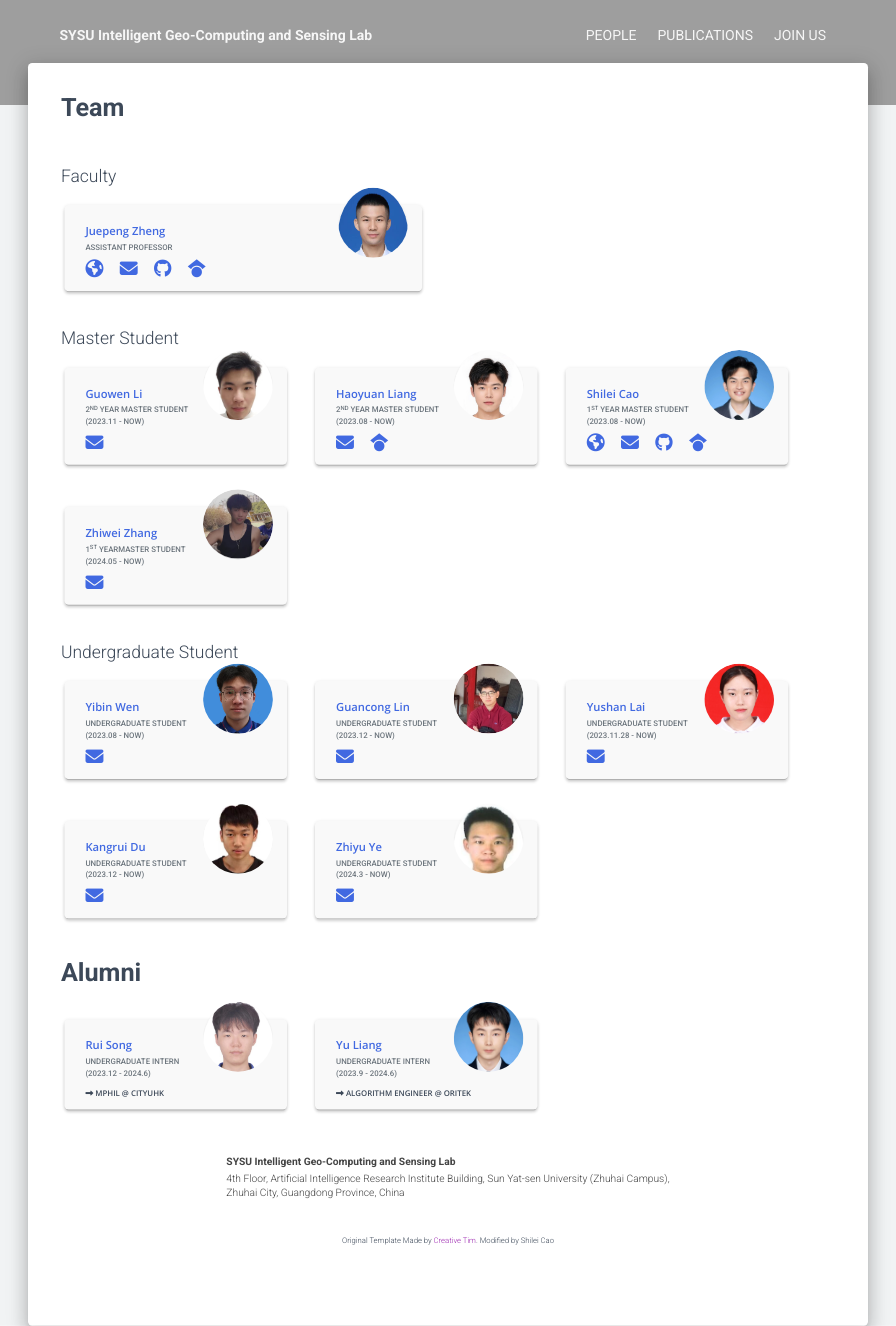
Repository: rssysu/rssysu.github.io
Page: people.html
An editor plug-in stored every save of this project. The page is shown before and after the next save, followed by the edit.
The browser window is 1280 px wide. The pictures show the whole page, at 70% of full size.
Pictures or frames that could not be fetched are drawn as grey boxes. Some web libraries are served in a nearby version.

Above is the page before, as saved 2025-03-31 11:10:26.

### people.html
<!DOCTYPE html>
<html lang="en">

<head>
    <meta charset="utf-8">
    <meta content="width=device-width, initial-scale=1.0, maximum-scale=1.0, user-scalable=0" name="viewport" />
    <meta http-equiv="X-UA-Compatible" content="IE=edge,chrome=1" />
    <!-- Favicons -->
    <!-- <link rel="apple-touch-icon" href="./assets/img/kit/free/apple-icon.png"> -->
    <link rel="icon" href="./assets/img/kit/free/sysu.ico">
    <title>
        SYSU IGCS Lab
    </title>
    <!--     Fonts and icons     -->
    <link rel="stylesheet" type="text/css" target="_blank" href="https://fonts.googleapis.com/css?family=Open+Sans:+400,500,600,700|Roboto:300,400,500,700|Roboto+Slab:400,700|Material+Icons" />
    <link rel="stylesheet" href="https://maxcdn.bootstrapcdn.com/font-awesome/latest/css/font-awesome.min.css" />
    <link rel="stylesheet" href="./assets/css/material-kit.css?v=2.0.2">
    <script src="https://kit.fontawesome.com/516fc2d02f.js" crossorigin="anonymous"></script>
    <!-- Documentation extras -->
    <!-- CSS Just for demo purpose, don't include it in your project -->
    <!-- <link href="./assets/assets-for-demo/demo.css" rel="stylesheet" /> -->
    <!-- iframe removal -->
</head>

<body class="index-page">
    <nav class="navbar navbar-color-on-scroll navbar-transparent navbar-light fixed-top navbar-expand-lg " color-on-scroll="0" id="sectionsNav">
        <div w3-include-html="header.html" class="container"></div>
    </nav>

    <div class="page-header2 header-filter clear-filter" data-parallax="true" style="background-image: url('assets/img/sysu1.jpg'); background-position-y: -170px; background-position: top;">
        <div class="container">
            <div class="row">
                <div class="col-md-8 ml-auto mr-auto">
                    <div class="brand">
                    </div>
                </div>
            </div>
        </div>
    </div>


    <div class="main main-raised">
        <div class="container">
            <div class="title" style="margin-bottom: 0em;">
              <h2><b>Team</b></h2>
            </div>
            <br>
            <div class="title" style="margin-bottom: -1em;">
                <h3>Faculty</h3>
            </div>

            <div class="row">
                <div class="card" style="width: 45%;">
                  <div class="card-body">
                        <div class="author">
                            <div class="avatar">
                                <img src="./assets/img/kit/faces/zjp-1.jpg" class="img-raised rounded-circle img-fluid"/>
                            </div>
                        </div>
                        <h4 class="card-title"> <a href= "./assets/resume/zjp.html" target="_blank"> Juepeng Zheng </a> </h4>
                        <h6 class="card-subtitle mb-2 text-muted">Assistant Professor</h6>
                        <!-- </a> -->
                    <a href="https://hail-alloy-af4.notion.site/Juepeng-Zheng-d3b70a4b409145139c91e55813cc80fa" class="card-link" target="_blank"><i class="fa fa-globe fa-2x" aria-hidden="true"></i></a>
                    <a href="mailto:" class="card-link"><i class="fa fa-envelope fa-2x" aria-hidden="true"></i></a>
                    <a href="https://github.com/rs-dl" class="card-link" target="_blank"><i class="fa fa-github fa-2x" aria-hidden="true"></i></a>
                    <a href="https://scholar.google.com/citations?user=xrb-A3kAAAAJ&hl=zh-CN&oi=ao" class="card-link" target="_blank"><i class="fa-brands fa-google-scholar fa-2x" aria-hidden="true"></i></a>
                  </div>
                </div>

            </div>

            <div class="title" style="margin-bottom: -1em;">
                <h3>Master Student</h3>
            </div>

            <div class="row">

                <div class="card" style="width: 28%;">
                    <div class="card-body">
                            <div class="author">
                                <div class="avatar">
                                    <img src="./assets/img/kit/faces/lgw.jpg" class="img-raised rounded-circle img-fluid"/>
                                </div>
                            </div>
                            <h4 class="card-title"> <a href="./assets/resume/lgw.html" target="_blank"> Guowen Li  </a></h4>
                            <h6 class="card-subtitle mb-2 text-muted">2<sup>nd</sup> Year Master Student <br> (2023.11 - Now)</h6>

                            <a href="mailto:ligw8@mail2sysu.edu.cn" class="card-link"><i class="fa fa-envelope fa-2x" aria-hidden="true"></i></a>

                    </div>
                </div>

                <div class="card" style="width: 28%;">
                    <div class="card-body">
                            <div class="author">
                                <div class="avatar">
                                    <img src="./assets/img/kit/faces/lhy.jpg" class="img-raised rounded-circle img-fluid"/>
                                </div>
                            </div>
                            <h4 class="card-title"> <a href="./assets/resume/lhy.html" target="_blank">  Haoyuan Liang </a> </h4>
                            <h6 class="card-subtitle mb-2 text-muted">2<sup>nd</sup> Year Master Student <br> (2023.08 - Now) </h6>

                            <a href="mailto:lianghy68@mail2.sysu.edu.cn" class="card-link"><i class="fa fa-envelope fa-2x" aria-hidden="true"></i></a>
                            <a href="https://scholar.google.com/citations?hl=en&user=O40gNsQAAAAJ" class="card-link" target="_blank"><i class="fa-brands fa-google-scholar fa-2x" aria-hidden="true"></i></a>
                    </div>
                </div>

                <div class="card" style="width: 28%;">
                    <div class="card-body">
                          <div class="author">
                              <div class="avatar">
                                  <img src="./assets/img/kit/faces/csl.jpg" class="img-raised rounded-circle img-fluid"/>
                              </div>
                          </div>
                          <h4 class="card-title" > <a href="./assets/resume/csl.html" target="_blank">  Shilei Cao </a></h4>
                          <h6 class="card-subtitle mb-2 text-muted">1<sup>st</sup> Year Master Student <br> (2023.08 - Now) </h6>
                            <a href="https://shileicao.github.io/" class="card-link" target="_blank"><i class="fa fa-globe fa-2x" aria-hidden="true"></i></a>
                            <a href="mailto:caoshlei@mail2.sysu.edu.cn" class="card-link"><i class="fa fa-envelope fa-2x" aria-hidden="true"></i></a>
                            <a href="https://github.com/ShileiCao" class="card-link" target="_blank"><i class="fa fa-github fa-2x" aria-hidden="true"></i></a>
                            <a href="https://scholar.google.com/citations?user=-bCjtakAAAAJ&hl=en" class="card-link" target="_blank"><i class="fa-brands fa-google-scholar fa-2x" aria-hidden="true"></i></a>
                    </div>
                </div>

                <div class="card" style="width: 28%;">
                    <div class="card-body">
                            <div class="author">
                                <div class="avatar">
                                    <img src="./assets/img/kit/faces/zzw.jpg" class="img-raised rounded-circle img-fluid"/>
                                </div>
                            </div>
                            <h4 class="card-title"> <a href="./assets/resume/zzw.html" target="_blank">  Zhiwei Zhang </a> </h4>
                            <h6 class="card-subtitle mb-2 text-muted"> 1<sup>st</sup> YearMaster Student <br> (2024.05 - Now)</h6>
                            <a href="mailto:zhangzhw65@mail2.sysu.edu.cn" class="card-link"><i class="fa fa-envelope fa-2x" aria-hidden="true"></i></a>
                    </div>
                </div>

            </div>


            <div class="title" style="margin-bottom: -1em;">
                <h3>Undergraduate Student</h3>
            </div>

            <div class="row">


                <div class="card" style="width: 28%;">
                    <div class="card-body">
                          <div class="author">
                              <div class="avatar">
                                  <img src="./assets/img/kit/faces/wyb.jpg" class="img-raised rounded-circle img-fluid"/>
                              </div>
                          </div>
                          <h4 class="card-title"> <a href="./assets/resume/wyb.html" target="_blank"> Yibin Wen </a></h4>
                          <h6 class="card-subtitle mb-2 text-muted">Undergraduate Student  <br> (2023.08 - Now)</h6>

                            <a href="mailto:wenyb5@mail2.sysu.edu.cn" class="card-link"><i class="fa fa-envelope fa-2x" aria-hidden="true"></i></a>

                    </div>
                </div>

                <div class="card" style="width: 28%;">
                    <div class="card-body">
                          <div class="author">
                              <div class="avatar">
                                  <img src="./assets/img/kit/faces/lgc.jpg" class="img-raised rounded-circle img-fluid"/>
                              </div>
                          </div>
                          <h4 class="card-title"> <a href="./assets/resume/lgc.html" target="_blank">  Guancong Lin </a></h4>
                          <h6 class="card-subtitle mb-2 text-muted">Undergraduate Student <br> (2023.12 - Now)</h6>

                            <a href="mailto:lingc8@mail2.sysu.edu.cn" class="card-link"><i class="fa fa-envelope fa-2x" aria-hidden="true"></i></a>

                    </div>
                </div>

                <div class="card" style="width: 28%;">
                    <div class="card-body">
                          <div class="author">
                              <div class="avatar">
                                  <img src="./assets/img/kit/faces/lys.jpg" class="img-raised rounded-circle img-fluid"/>
                              </div>
                          </div>
                          <h4 class="card-title"> <a href="./assets/resume/lys.html" target="_blank"> Yushan Lai </a></h4>
                          <h6 class="card-subtitle mb-2 text-muted">Undergraduate Student <br> (2023.11.28 - Now)</h6>

                            <a href="mailto:laiysh6@mail2.sysu.edu.cn" class="card-link"><i class="fa fa-envelope fa-2x" aria-hidden="true"></i></a>

                    </div>
                </div>

                <div class="card" style="width: 28%;">
                    <div class="card-body">
                          <div class="author">
                              <div class="avatar">
                                  <img src="./assets/img/kit/faces/dkr.jpg" class="img-raised rounded-circle img-fluid"/>
                              </div>
                          </div>
                          <h4 class="card-title"> <a href="./assets/resume/dkr.html" target="_blank"> Kangrui Du </a></h4>
                          <h6 class="card-subtitle mb-2 text-muted">Undergraduate Student <br> (2023.12 - Now)</h6>

                            <a href="mailto:dukr6@mail2.sysu.edu.cn" class="card-link"><i class="fa fa-envelope fa-2x" aria-hidden="true"></i></a>

                    </div>
                </div>

                <div class="card" style="width: 28%;">
                    <div class="card-body">
                          <div class="author">
                              <div class="avatar">
                                  <img src="./assets/img/kit/faces/yzy.jpg" class="img-raised rounded-circle img-fluid"/>
                              </div>
                          </div>
                          <h4 class="card-title"> <a href="./assets/resume/yzy.html" target="_blank"> Zhiyu Ye </a></h4>
                          <h6 class="card-subtitle mb-2 text-muted">Undergraduate Student <br> (2024.3 - Now)</h6>
                          <a href="mailto:yezhy26@mail2.sysu.edu.cn" class="card-link"><i class="fa fa-envelope fa-2x" aria-hidden="true"></i></a>

                    </div>
                </div>

            </div>



            <div class="title" style="margin-bottom: 0em;">
              <h2><b>Alumni</b></h2>
            </div>
            <div class="row">

            <div class="card" style="width: 28%;">
                <div class="card-body">
                      <div class="author">
                          <div class="avatar">
                              <img src="./assets/img/kit/faces/sr.jpg" class="img-raised rounded-circle img-fluid"/>
                          </div>
                      </div>
                      <h4 class="card-title"> <a href="./assets/resume/sr.html" target="_blank"> Rui Song </a> </h4>
                      <h6 class="card-subtitle mb-2 text-muted">Undergraduate Intern (2023.12 - 2024.6) </h6>
                      <h6 class="card-title"> <i class="fa fa-long-arrow-right" aria-hidden="true"></i> MPhil @ CityUHK  </h6>
                        <!-- <a href="mailto:1223324036@qq.com" class="card-link"><i class="fa fa-envelope fa-2x" aria-hidden="true"></i></a>        -->

                </div>
            </div>

            <div class="card" style="width: 28%;">
                <div class="card-body">
                      <div class="author">
                          <div class="avatar">
                              <img src="./assets/img/kit/faces/ly.jpg" class="img-raised rounded-circle img-fluid"/>
                          </div>
                      </div>
                      <h4 class="card-title"> <a href="./assets/resume/ly.html" target="_blank">  Yu Liang </a> </h4>
                      <h6 class="card-subtitle mb-2 text-muted">Undergraduate Intern (2023.9 - 2024.6) </h6>
                      <h6 class="card-title"> <i class="fa fa-long-arrow-right" aria-hidden="true"></i> Algorithm Engineer @ Oritek </h6>
                        <!-- <a href="mailto:liangy283@mail2.sysu.edu.cn" class="card-link"><i class="fa fa-envelope fa-2x" aria-hidden="true"></i></a>        -->

                </div>
            </div>

        </div>
    <!--     <div>

                <h4 class="card-title" style="margin-bottom: -0.5em;">Hyunseo Koh<font size="3em"> <font color="gray">(GIST MS, 2023)</font> <i class="fa fa-long-arrow-right" aria-hidden="true"></i> TBD</font></h4>
                <h4 class="card-title" style="margin-bottom: -0.5em;">Jihun Kim<font size="3em"> <font color="gray">(GIST MS, 2023)</font> <i class="fa fa-long-arrow-right" aria-hidden="true"></i> Minds and company (Mil. Oblig.)</font></h4>
                <h4 class="card-title" style="margin-bottom: -0.5em;">Dahyun Kim<font size="3em"> <font color="gray">(GIST MS, 2022)</font> <i class="fa fa-long-arrow-right" aria-hidden="true"></i> Upstage (Mil. Oblig.)</font></h4>
                <h4 class="card-title" style="margin-bottom: -0.5em;">YeongWoo Nam<font size="3em"> <font color="gray">(GIST MS, 2022)</font> <i class="fa fa-long-arrow-right" aria-hidden="true"></i> Saige Research (Mil. Oblig.)</font></h4>
                <h4 class="card-title" style="margin-bottom: -0.5em;">Taeil Oh<font size="3em"> <font color="gray">(GIST MS, 2022)</font> <i class="fa fa-long-arrow-right" aria-hidden="true"></i> Alsemy</font></h4>
                <h4 class="card-title" style="margin-bottom: -0.5em;">Mohammad Mostafavi<font size="3em"> <font color="gray">(GIST Ph.D., 2021, co-advised by Prof. Kuk-Jin Yoon (KAIST))</font> <i class="fa fa-long-arrow-right" aria-hidden="true"></i> Research Scientist @ Lunit</font></h4>
                <h4 class="card-title" style="margin-bottom: -0.5em;">Dongmin Kang <font size="3em"><font color="gray">(GIST MS, 2021)</font> <i class="fa fa-long-arrow-right" aria-hidden="true"></i> Researcher @ GIST AI Institute (Mil. Oblig.) <i class="fa fa-long-arrow-right" aria-hidden="true"></i> SI Analytics (Mil. Oblig.)</h4>
                <h4 class="card-title" style="margin-bottom: -0.5em;">Jinwoo Nam <font size="3em"><font color="gray">(GIST MS, 2021)</font> <i class="fa fa-long-arrow-right" aria-hidden="true"></i> Knowre Inc. (Mil. Oblig.)</h4>
                <h4 class="card-title" style="margin-bottom: -0.5em;">Yeonsik Jo <font size="3em"><font color="gray">(GIST MS, 2021)</font> <i class="fa fa-long-arrow-right" aria-hidden="true"></i> Research Engineer @ LG AI Research</h4>

                <div style="margin-bottom: 2em;"></div>

            </div> -->
<!--
            <div class="title" style="margin-bottom: 0em;">
                <h3>Alumni - Undergraduate Interns</h3>
            </div>

            <div>

                <h4 class="card-title" style="margin-bottom: -0.5em;">Yu Yeong Kim<font size="3em"> <font color="gray">(GIST BS, 2023)</font> <i class="fa fa-long-arrow-right" aria-hidden="true"></i> KAIST GS AI</font></h4>
                <h4 class="card-title" style="margin-bottom: -0.5em;">Daneul Kim<font size="3em"> <font color="gray">(GIST BS, 2023)</font> <i class="fa fa-long-arrow-right" aria-hidden="true"></i> SNU GS AI</font></h4>
                <h4 class="card-title" style="margin-bottom: -0.5em;">Pratham Sahu<font size="3em"> <font color="gray">(IITK BS, 2025?)</font> <i class="fa fa-long-arrow-right" aria-hidden="true"></i> TBD</font></h4>
                <h4 class="card-title" style="margin-bottom: -0.5em;">Divyam Goel<font size="3em"> <font color="gray">(IITR BS, 2023)</font> <i class="fa fa-long-arrow-right" aria-hidden="true"></i> TBD</font></h4>
                <h4 class="card-title" style="margin-bottom: -0.5em;">Suvaansh Bhambri<font size="3em"> <font color="gray">(IITR BS, 2022)</font> <i class="fa fa-long-arrow-right" aria-hidden="true"></i> TBD</font></h4>
                <h4 class="card-title" style="margin-bottom: -0.5em;">Sunoh Lee<font size="3em"> <font color="gray">(GIST BS, 2022)</font> <i class="fa fa-long-arrow-right" aria-hidden="true"></i> Researcher @ ADD (Mil. Oblig.)</font></h4>
                <h4 class="card-title" style="margin-bottom: -0.5em;">Ashish Sinha<font size="3em"> <font color="gray">(IITR BS, 2021)</font> <i class="fa fa-long-arrow-right" aria-hidden="true"></i> Grad. Student @ Simon Fraser University</font></h4>
                <h4 class="card-title" style="margin-bottom: -0.5em;">Daeun Kyung<font size="3em"> <font color="gray">(GIST BS, 2021)</font> <i class="fa fa-long-arrow-right" aria-hidden="true"></i> Grad. student @ KAIST GS AI</h4>
                <h4 class="card-title" style="margin-bottom: -0.5em;">Kunal Pratap Singh <font size="3em"><font color="gray">(IITR BS, 2021)</font> <i class="fa fa-long-arrow-right" aria-hidden="true"></i> Predoctoral Young Investigator @ AI2 <i class="fa fa-long-arrow-right" aria-hidden="true"></i> Ph.D. Student @ EPFL</h4>
                <h4 class="card-title" style="margin-bottom: -0.5em;">Jaeyoung Ahn <font size="3em"><font color="gray">(GIST BS, 2021)</font> <i class="fa fa-long-arrow-right" aria-hidden="true"></i> Deeping Source Inc.</h4>
                <h4 class="card-title" style="margin-bottom: -0.5em;">Dahyun Kim<font size="3em"> <font color="gray">(GIST BS, 2020)</font> <i class="fa fa-long-arrow-right" aria-hidden="true"></i> Join our lab</font></h4>
                <h4 class="card-title" style="margin-bottom: -0.5em;">Donggun Lee <font size="3em"><font color="gray">(GIST BS, 2020)</font> <i class="fa fa-long-arrow-right" aria-hidden="true"></i> Grad. student @ POSTECH Graphics Lab.</h4>
                <h4 class="card-title" style="margin-bottom: -0.5em;">Jihwan Bae <font size="3em"><font color="gray">(GIST BS, 2020)</font> <i class="fa fa-long-arrow-right" aria-hidden="true"></i> Researcher @ ADD (Mil. Oblig.)</font></h4>

                <div style="margin-bottom: 2em;"></div>

            </div>
        </div>
    </div> -->
    <!--  End Modal -->
    <div w3-include-html="footer.html"></div>

    <!--   Core JS Files   -->
    <script src="./assets/js/core/jquery.min.js"></script>
    <script src="./assets/js/core/popper.min.js"></script>
    <script src="./assets/js/bootstrap-material-design.js"></script>
    <!--  Plugin for Date Time Picker and Full Calendar Plugin  -->
    <script src="./assets/js/plugins/moment.min.js"></script>
    <!--	Plugin for the Datepicker, full documentation here: https://github.com/Eonasdan/bootstrap-datetimepicker -->
    <script src="./assets/js/plugins/bootstrap-datetimepicker.min.js"></script>
    <!--	Plugin for the Sliders, full documentation here: http://refreshless.com/nouislider/ -->
    <script src="./assets/js/plugins/nouislider.min.js"></script>
    <!-- Material Kit Core initialisations of plugins and Bootstrap Material Design Library -->
    <script src="./assets/js/material-kit.js?v=2.0.2"></script>
    <!-- Fixed Sidebar Nav - js With initialisations For Demo Purpose, Don't Include it in your project -->
    <script src="./assets/assets-for-demo/js/material-kit-demo.js"></script>
    <!-- including html -->
    <script src="./assets/js/include-html.js"></script>
    <script>
        $(document).ready(function() {

            //init DateTimePickers
            materialKit.initFormExtendedDatetimepickers();

            // // Sliders Init
            // materialKit.initSliders();

            includeHTML();
        });
    </script>
</body>

</html>

Loaded but not shown: assets/css/material-kit.css (library); assets/js/core/jquery.min.js (library); assets/js/core/popper.min.js (library); assets/js/bootstrap-material-design.js (library); assets/js/plugins/moment.min.js (library); assets/js/plugins/bootstrap-datetimepicker.min.js (library); assets/js/plugins/nouislider.min.js (library); assets/js/material-kit.js (446 lines, source omitted); assets/assets-for-demo/js/material-kit-demo.js (98 lines, source omitted); assets/js/include-html.js (27 lines, source omitted); header.html (59 lines, source omitted); footer.html (36 lines, source omitted)

After the next save:
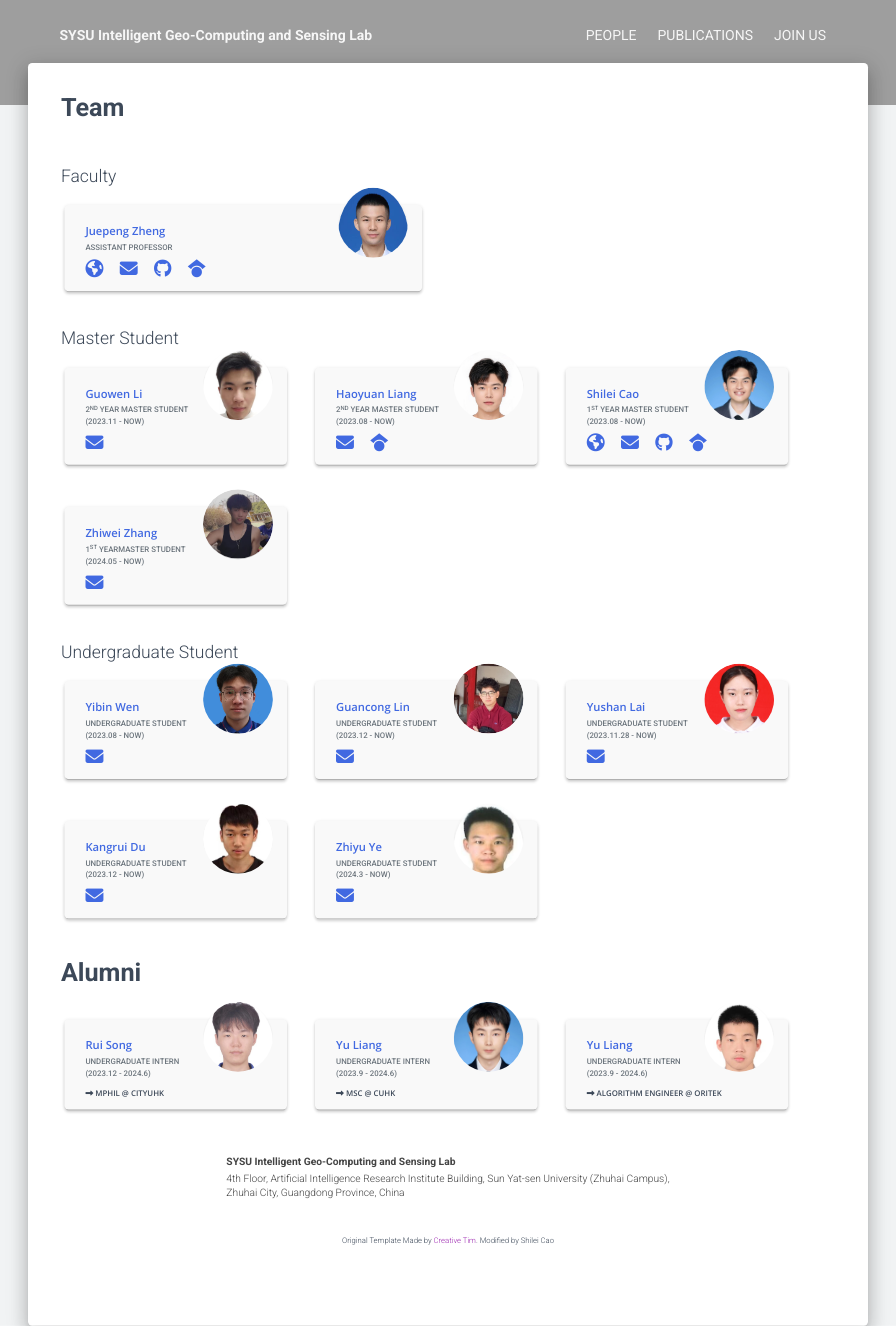
Saved 60 days later.
--- a/people.html
+++ b/people.html
@@ -251,6 +251,21 @@
                       </div>
                       <h4 class="card-title"> <a href="./assets/resume/ly.html" target="_blank">  Yu Liang </a> </h4>
                       <h6 class="card-subtitle mb-2 text-muted">Undergraduate Intern (2023.9 - 2024.6) </h6>
+                      <h6 class="card-title"> <i class="fa fa-long-arrow-right" aria-hidden="true"></i> MSC @ CUHK </h6>
+                        <!-- <a href="mailto:liangy283@mail2.sysu.edu.cn" class="card-link"><i class="fa fa-envelope fa-2x" aria-hidden="true"></i></a>        -->
+
+                </div>
+            </div>
+
+            <div class="card" style="width: 28%;">
+                <div class="card-body">
+                      <div class="author">
+                          <div class="avatar">
+                              <img src="./assets/img/kit/faces/liuyan.jpg" class="img-raised rounded-circle img-fluid"/>
+                          </div>
+                      </div>
+                      <h4 class="card-title"> <a href="./assets/resume/ly.html" target="_blank">  Yu Liang </a> </h4>
+                      <h6 class="card-subtitle mb-2 text-muted">Undergraduate Intern (2023.9 - 2024.6) </h6>
                       <h6 class="card-title"> <i class="fa fa-long-arrow-right" aria-hidden="true"></i> Algorithm Engineer @ Oritek </h6>
                         <!-- <a href="mailto:liangy283@mail2.sysu.edu.cn" class="card-link"><i class="fa fa-envelope fa-2x" aria-hidden="true"></i></a>        -->
 
